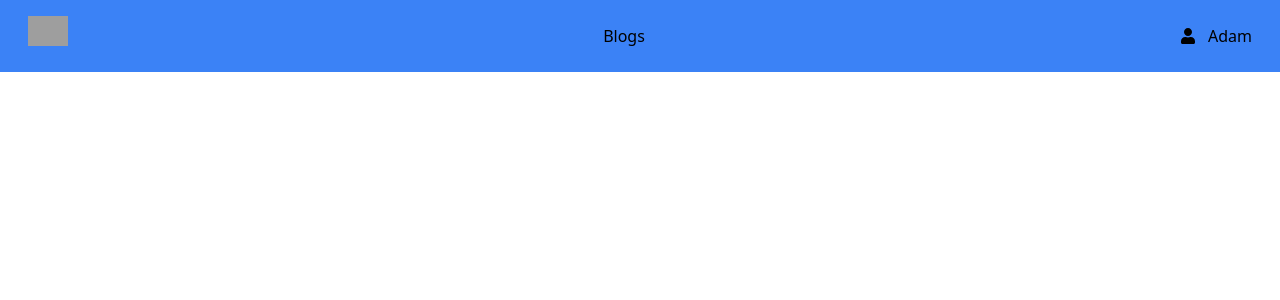
Repository: Lan-au-75/zv-app
Page: /
The author's editor kept a copy of each file at every save. The page is drawn from the files as they stood at one save, then again after the next save.
The browser window is 1280 px wide. The pictures show the whole page.
Pictures or frames that could not be fetched are drawn as grey boxes. The page's requests for data from a server got no answer. The project was rebuilt for these pictures with package versions that can differ from the ones it lists, and the page was loaded fresh each time. No one was signed in, and anything a server would have sent is missing. Also part of the build but not shown: vite.config.js, src/components/Comments.jsx, src/components/Post.jsx.

Above is the page before, as saved 2023-12-13 21:36:01.

### src/App.jsx
import { useEffect, useState } from 'react'
import Header from './components/Header'
import Post from './components/Post'

export default function App() {
    const [posts, setPosts] = useState()
    const [comments, setComments] = useState()
    const [users, setUsers] = useState()

    const [data, setData] = useState()

    const getUsersById = async (userIds) => {
        const result = users?.filter((user) => userIds.includes(user.id))

        return result
    }

    const getPostsById = async (postIds) => {
        const result = posts?.filter((post) => postIds.includes(post.id))

        return result
    }

    const getComments = async () => {
        // eslint-disable-next-line react/prop-types
        const postIds = comments?.map((comment) => comment.postId)
        const userIds = posts?.map((post) => post.userId)

        const post = await getPostsById(postIds)
        const user = await getUsersById(userIds)

        const result = {
            posts: post,
            comments,
            users: user,
        }

        setData(result)
    }

    const formatPosts = data?.posts?.map((post) => {
        const user = users?.find((user) => user.id === post.userId)

        return {
            ...user,
            ...post,
        }
    })

    const post1Comments = comments?.filter((comment) => comment.postId === 1)

    useEffect(() => {
        getComments()
    }, [posts])

    useEffect(() => {
        const fetchPosts = async () => {
            const res = await fetch('https://jsonplaceholder.typicode.com/posts?_limit=10')
            const data = await res.json()
            setPosts(data)
        }

        const fetchComments = async () => {
            const res = await fetch('https://jsonplaceholder.typicode.com/comments?_limit=10')
            const data = await res.json()
            setComments(data)
        }

        const fetchUsers = async () => {
            const res = await fetch('https://jsonplaceholder.typicode.com/users?_limit=10')
            const data = await res.json()
            setUsers(data)
        }

        fetchPosts()
        fetchComments()
        fetchUsers()
    }, [])

    return (
        <div>
            <Header></Header>
            {formatPosts?.map((item) => (
                <Post key={item.id} item={item} comments={post1Comments}></Post>
            ))}
        </div>
    )
}

### src/components/Header.jsx
import { FaUser } from 'react-icons/fa'
function Header() {
    return (
        <header className='bg-blue-500'>
            <div className='flex items-center justify-between mx-3 p-4'>
                <div className='w-10 h-10 '>
                    <img
                        src='https://cdn.pixabay.com/photo/2020/07/21/02/07/facebook-5424833_960_720.png'
                        alt='facebook'
                    />
                </div>
                <div>Blogs</div>
                <div className='flex gap-3 items-center'>
                    <FaUser />
                    <div>Adam</div>
                </div>
            </div>
        </header>
    )
}

export default Header

Loaded but not shown: index.html (common file); src/main.jsx (common file); src/index.css (common file); tailwind.config.js (common file)

After the next save:
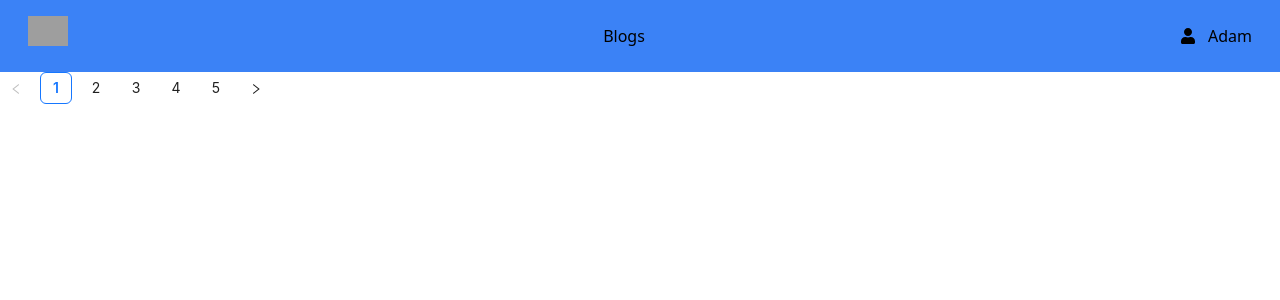
Saved 100 s later.
--- a/src/App.jsx
+++ b/src/App.jsx
@@ -1,6 +1,7 @@
 import { useEffect, useState } from 'react'
 import Header from './components/Header'
 import Post from './components/Post'
+import { Pagination } from 'antd'
 
 export default function App() {
     const [posts, setPosts] = useState()
@@ -83,6 +84,8 @@
             {formatPosts?.map((item) => (
                 <Post key={item.id} item={item} comments={post1Comments}></Post>
             ))}
+
+            <Pagination defaultCurrent={1} total={50} />
         </div>
     )
 }
